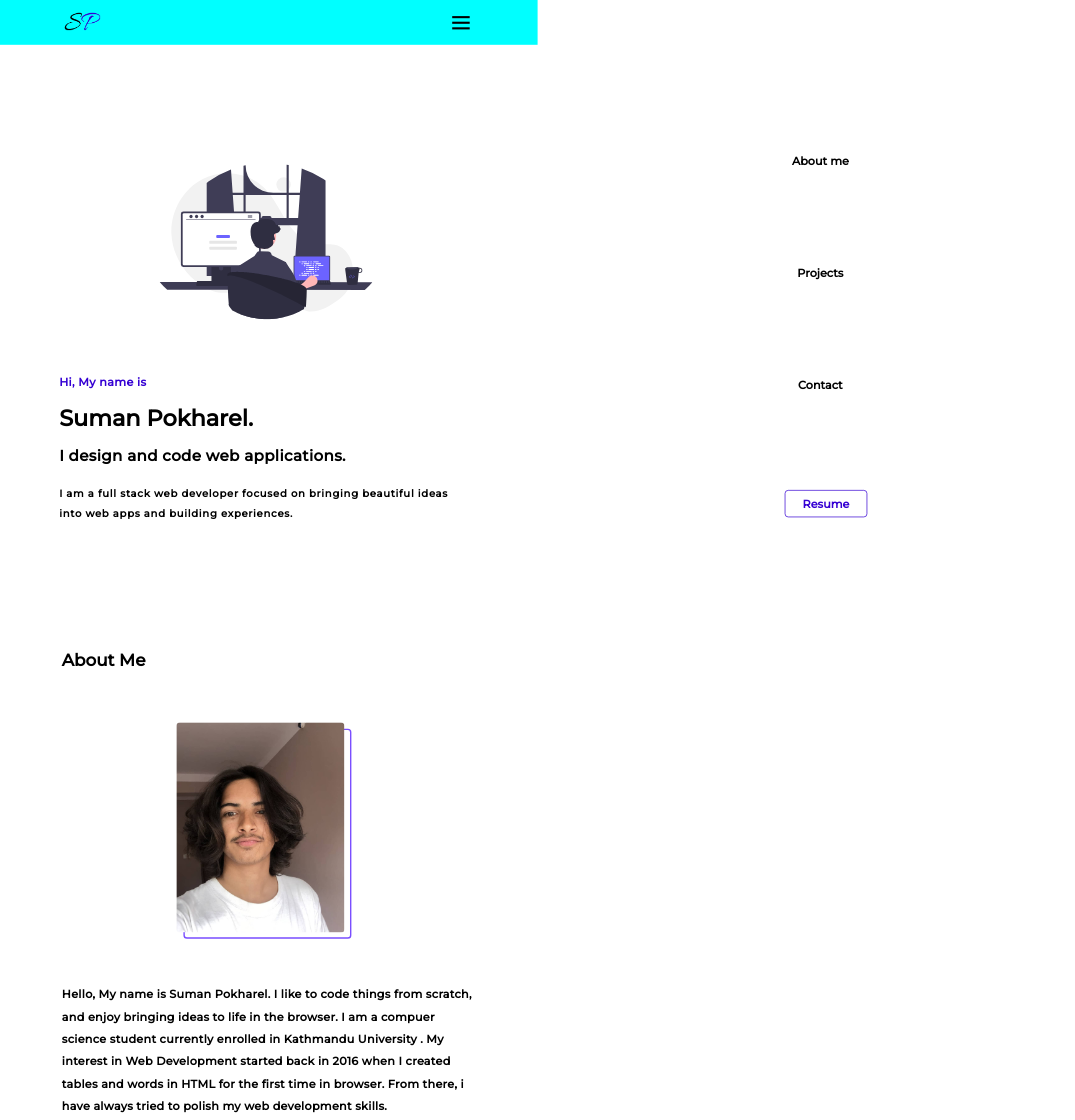
Repository: iamsumanp/portfolio
Page: /
The author's editor kept a copy of each file at every save. The page is drawn from the files as they stood at one save, then again after the next save.
The browser window is 768 px wide. The page is 1536 px wide, so the pictures cover 1536 px, including what lies to the right of the window. The pictures show the part of the page from y = 0 to 1600 px (the page is 5937 px tall), at 70% of full size.
The project was rebuilt for these pictures with package versions that can differ from the ones it lists, and the page was loaded fresh each time.

Above is the page before, as saved 2022-07-11 16:04:41.

### public/index.html
<!DOCTYPE html>
<html lang="en">
  <head>
    <meta charset="utf-8" />
    <link rel="icon" href="%PUBLIC_URL%/favicon.ico" />
    <meta name="viewport" content="width=device-width, minimum-scale=1" />
    <meta name="theme-color" content="#000000" />
    <meta name="portfolio" content="mePortfolio" />
    <!-- <link rel="apple-touch-ion" href="%PUBLIC_URL%/logo192.png" /> -->

    <link rel="manifest" href="%PUBLIC_URL%/manifest.json" />
    <link rel="preconnect" href="https://fonts.googleapis.com" />
    <link rel="preconnect" href="https://fonts.gstatic.com" crossorigin />
    <link
      href="https://fonts.googleapis.com/css2?family=Montserrat:wght@500&display=swap"
      rel="stylesheet"
    />
    <title>Suman Pokharel</title>
  </head>
  <body>
    <div id="root"></div>
  </body>
</html>

### src/App.tsx
import "./App.css";
import { BrowserRouter as Router } from "react-router-dom";
import { NavBar } from "./Components/NavBar";
import "./styles/styles.css";
import { Hero } from "./Components/Hero";
import { AboutMe } from "./Components/AboutMe";
import { Projects } from "./Components/Projects";
import { Contact } from "./Components/Contact";
import { Footer } from "./Components/Footer";

function App() {
  return (
    <Router>
      <NavBar />
      <Hero />
      <AboutMe />
      <Projects />
      <Contact />
      <hr />
      <Footer />
    </Router>
  );
}

export default App;

### src/Components/NavBar.tsx
import { gsap } from "gsap";
import React, { useEffect, useRef, useState } from "react";
import { HashLink } from "react-router-hash-link";
const myLogo = require("../assets/logo.png");

export const NavBar = () => {
  const [active, setActive] = useState(false);

  const navRef = useRef<HTMLDivElement>(null);

  const q = gsap.utils.selector(navRef);

  const tl0: gsap.TimelineVars | undefined = useRef(null); // gsap.TimelineVars | undefined
  // const tl10: gsap.TimelineVars | undefined = useRef(null); // gsap.TimelineVars | undefined

  // const imgRef = useRef(null);

  const burgerClick = () => {
    setActive(!active);
  };

  useEffect(() => {
    // if (active === false) {
    //   tl10.current = gsap.timeline({ defaults: { duration: 1 } }).fromTo(
    //     q(".navUl"),
    //     {
    //       y: 5,
    //       opacity: 0,
    //     },
    //     {
    //       y: 0,
    //       opacity: 1,
    //       stagger: {
    //         each: 1,
    //       },
    //     }
    //   );
    // }

    tl0.current = gsap.timeline({ defaults: { duration: 1 } }).fromTo(
      q(".logoImg"),
      {
        opacity: 0,
      },
      {
        opacity: 1,
      }
    );
  });

  return (
    <nav className="navBar" ref={navRef}>
      <HashLink to="#heroSection" className="linkHash" smooth>
        <img
          src={myLogo}
          alt="SP"
          className="logoImg"
          onClick={active ? burgerClick : undefined}
          // ref={imgRef}
        />
      </HashLink>

      <ul className={active ? "navUl nav-active" : "navUl"}>
        <li className="navLinks" onClick={active ? burgerClick : undefined}>
          <HashLink to="#aboutMe" className="linkHash" smooth>
            About me
          </HashLink>
        </li>
        <li className="navLinks" onClick={active ? burgerClick : undefined}>
          <HashLink to="#projectSection" className="linkHash" smooth>
            Projects
          </HashLink>
        </li>
        <li className="navLinks" onClick={active ? burgerClick : undefined}>
          <HashLink to="#contact" className="linkHash" smooth>
            Contact
          </HashLink>
        </li>
        <li className="navLinks resume">Resume</li>
      </ul>
      <div className="burgerMenu" onClick={() => burgerClick()}>
        <div className={active ? "line1 toggle" : "line1"}></div>
        <div className={active ? "line2 toggle2" : "line2"}></div>
        <div className={active ? "line3 toggle3" : "line3"}></div>
      </div>
    </nav>
  );
};

### src/styles/styles.css
:root {
  --main-purple: #3500d3;
  --main-white: rgb(255, 255, 255);
  --main-black: #000000;
  --main-purple-secondary: #7a4eff;
}

* {
  box-sizing: border-box;
  font-family: "Montserrat", sans-serif;
}

body {
  margin: 0;
  padding: 0;
}
@media (max-width: 900px) {
  body {
    overflow-x: hidden;
  }
}

.navBar {
  display: flex;
  flex-direction: row;
  justify-content: space-between;
  align-items: center;
  min-height: 4rem;
  font-weight: bolder;
  padding: 0.2% 12.5%;
  background-color: aqua;
}
@media (max-width: 1100px) {
  .navBar {
    margin-bottom: 5rem;
    overflow-x: hidden;
    padding: 0.2% 12%;
  }
}
.navBar .logoImg {
  height: 25px;
}
.navBar .navUl {
  list-style: none;
  display: flex;
  flex-direction: row;
}
@media (max-width: 900px) {
  .navBar .navUl {
    position: absolute;
    right: 0;
    top: 8vh;
    height: 100vh;
    background-color: var(--main-white);
    flex-direction: column;
    width: 100%;
    z-index: 1;
    justify-content: space-evenly;
    transform: translateX(100%);
    transition: transform 0.4s ease-in;
  }
}
.navBar .nav-active {
  transform: translateX(0%);
}
.navBar .burgerMenu {
  display: none;
}
@media (max-width: 900px) {
  .navBar .burgerMenu {
    display: block;
    cursor: pointer;
  }
}
.navBar .burgerMenu .toggle {
  transform: rotate(-45deg) translate(-5px, 6px);
}
.navBar .burgerMenu .toggle2 {
  opacity: 0;
}
.navBar .burgerMenu .toggle3 {
  transform: rotate(45deg) translate(-5px, -6px);
}
.navBar .burgerMenu div {
  width: 25px;
  height: 3px;
  background-color: var(--main-black);
  transition: transform 0.4s ease;
  margin: 5px;
}
.navBar .navLinks {
  padding: 0 30px;
  cursor: pointer;
  align-self: center;
  text-decoration: none;
}
.navBar .navLinks.resume {
  border: solid 1px var(--main-purple);
  color: var(--main-purple);
  padding: 9px 25px;
  border-radius: 5px;
  margin-left: 1rem;
}
.navBar .navLinks .linkHash {
  text-decoration: none;
  color: black;
}

.heroSection,
.aboutMeSection,
.projectsSection,
.ContactSection {
  width: 80%;
  margin: auto;
}

.heroSection {
  overflow-x: hidden;
  height: 90vh;
  display: flex;
  flex-direction: row;
  align-items: center;
  padding: 0 2% 0 5%;
}
@media (max-width: 1100px) {
  .heroSection {
    flex-direction: column-reverse;
    justify-content: center;
    align-items: center;
    padding: 0 2% 0 1%;
  }
}
.heroSection .content {
  display: flex;
  flex-direction: column;
}
@media (max-width: 1100px) {
  .heroSection .content {
    margin-top: 5rem;
  }
}
.heroSection .content .h4text {
  color: var(--main-purple);
}
.heroSection .content .h1text {
  margin-top: 0;
  font-size: 2.5rem;
}
@media (max-width: 800px) {
  .heroSection .content .h1text {
    font-size: 2rem;
  }
}
.heroSection .content .h4text,
.heroSection .content .h2text {
  letter-spacing: 0.5px;
  margin-top: 0;
}
.heroSection .content .h2text {
  font-size: 1.8rem;
}
@media (max-width: 800px) {
  .heroSection .content .h2text {
    font-size: 1.35rem;
  }
}
.heroSection .content .h5text {
  width: 55%;
  line-height: 2;
  letter-spacing: 1px;
  margin-top: 10px;
  font-size: 0.9rem;
}
@media (max-width: 800px) {
  .heroSection .content .h5text {
    width: 100%;
  }
}
.heroSection .svgImgg {
  margin-left: auto;
  width: 22rem;
}
@media (max-width: 1100px) {
  .heroSection .svgImgg {
    margin-left: 0;
  }
}
@media (max-width: 800px) {
  .heroSection .svgImgg {
    width: 19rem;
  }
}

.aboutMeSection {
  display: flex;
  flex-direction: column;
  justify-content: center;
  padding: 7% 2% 10% 5%;
}
@media (max-width: 1100px) {
  .aboutMeSection {
    padding: 7rem 2% 10% 1.5%;
  }
}
.aboutMeSection .contentAndImage {
  display: flex;
  flex-direction: row;
}
@media (max-width: 1100px) {
  .aboutMeSection .contentAndImage {
    flex-direction: column-reverse;
    margin-top: 2rem;
  }
}
.aboutMeSection .h2textabout {
  margin-top: -3rem;
}
.aboutMeSection .aboutMeContent {
  display: flex;
  flex-direction: column;
  width: 60%;
}
@media (max-width: 1100px) {
  .aboutMeSection .aboutMeContent {
    width: 100%;
  }
}
.aboutMeSection .imgContainer {
  margin-left: auto;
  margin-top: 2rem;
  position: relative;
  height: 350px;
  width: 280px;
  border: solid 2px var(--main-purple-secondary);
  border-radius: 5px;
}
@media (max-width: 1100px) {
  .aboutMeSection .imgContainer {
    margin-left: 0;
    align-self: center;
    margin-bottom: 2rem;
  }
}
@media (max-width: 800px) {
  .aboutMeSection .imgContainer {
    height: 300px;
    width: 240px;
  }
}
.aboutMeSection .imgContainer .imgProfile {
  height: 350px;
  position: absolute;
  right: 8px;
  top: -11px;
  border-radius: 5px;
}
@media (max-width: 800px) {
  .aboutMeSection .imgContainer .imgProfile {
    height: 300px;
  }
}
.aboutMeSection .spanText {
  font-weight: bold;
  margin-top: 2rem;
  line-height: 2;
  letter-spacing: 0.4px;
}
.aboutMeSection .spanText.tech {
  margin-top: 5rem;
}
.aboutMeSection .backEndFrontEndContainer {
  display: flex;
  flex-direction: row;
  margin-top: 4rem;
  justify-content: space-between;
}
@media (max-width: 1100px) {
  .aboutMeSection .backEndFrontEndContainer {
    flex-direction: column;
  }
}
.aboutMeSection .backEndFrontEndContainer .frontEndBox {
  box-shadow: 0 4px 8px 0 rgba(0, 0, 0, 0.2), 0 6px 20px 0 rgba(0, 0, 0, 0.19);
  padding: 2rem 2.5rem;
  display: flex;
  flex-direction: column;
  border-radius: 5px;
}
@media (max-width: 1100px) {
  .aboutMeSection .backEndFrontEndContainer .frontEndBox {
    padding: 1rem;
    margin-bottom: 3rem;
  }
}
.aboutMeSection .backEndFrontEndContainer .frontEndBox .spanTitle {
  align-self: center;
  text-transform: uppercase;
  font-weight: bold;
}

.frontEndTools,
.backEndBox {
  display: flex;
  flex-direction: row;
  margin-top: 1rem;
}
.frontEndTools .fnTools2,
.backEndBox .fnTools2 {
  margin-left: 3rem;
}
@media (max-width: 900px) {
  .frontEndTools .fnTools2,
.backEndBox .fnTools2 {
    margin-left: 0.1rem;
  }
}
.frontEndTools .fnTool,
.backEndBox .fnTool {
  display: flex;
  align-items: center;
  margin: 1.5rem 0.5rem;
}
.frontEndTools .fnTool .triangleRight,
.backEndBox .fnTool .triangleRight {
  color: var(--main-purple);
}

.techName {
  margin-left: 0.8rem;
  text-transform: uppercase;
  font-size: 15px;
}
@media (max-width: 900px) {
  .techName {
    font-size: 11px;
    margin-left: 0.2rem;
  }
}

.projectsSection {
  padding: 5% 2% 0 5%;
  display: flex;
  flex-direction: column;
}
@media (max-width: 1100px) {
  .projectsSection {
    padding: 7rem 2% 10% 1.5%;
  }
}
.projectsSection .Project1Container,
.projectsSection .Project3Container {
  display: flex;
  flex-direction: column;
}
.projectsSection .nameLabelLine {
  margin: 2rem 0;
  display: flex;
  flex-direction: row;
  align-items: center;
}
.projectsSection .nameLabelLine .vl {
  border-bottom: 1px solid gray;
  margin-top: 5px;
  height: inherit;
  width: 35%;
}
@media (max-width: 1100px) {
  .projectsSection .nameLabelLine .vl {
    width: 50%;
  }
}
.projectsSection .h2textabout {
  margin-top: -3rem;
}
.projectsSection .projectContentAndImage {
  display: flex;
  flex-direction: row;
  justify-content: space-between;
}
@media (max-width: 1100px) {
  .projectsSection .projectContentAndImage {
    flex-direction: column-reverse;
  }
}
.projectsSection .projectContentAndImage .hirestationImg {
  height: 15rem;
  border-radius: 5px;
  margin-left: auto;
}
@media (max-width: 1100px) {
  .projectsSection .projectContentAndImage .hirestationImg {
    margin-left: 0;
    align-self: center;
    margin: 2rem 0 4rem 0;
  }
}
@media (max-width: 800px) {
  .projectsSection .projectContentAndImage .hirestationImg {
    height: 10rem;
  }
}
.projectsSection .linksContainer {
  display: flex;
  align-items: center;
  margin: 2rem 0;
}

.projContent {
  width: 50%;
  line-height: 1.5;
  letter-spacing: 0.5px;
}
@media (max-width: 1100px) {
  .projContent {
    width: 100%;
  }
}

.projectLabel {
  font-weight: bold;
  margin-right: 1rem;
}

.Project2Container {
  display: flex;
  flex-direction: column;
  margin-top: 5rem;
  margin-bottom: 7.5rem;
}
.Project2Container .nameLabelLine2 {
  margin: 2rem 0;
  display: flex;
  flex-direction: row;
  justify-content: end;
}
.Project2Container .nameLabelLine2 .vl {
  border-bottom: 1px solid gray;
  margin-bottom: 5px;
  width: 35%;
  margin-right: 1rem;
}
@media (max-width: 1100px) {
  .Project2Container .nameLabelLine2 .vl {
    width: 50%;
  }
}
@media (max-width: 800px) {
  .Project2Container .nameLabelLine2 .vl {
    width: 40%;
  }
}

.projectContentAndImage1 {
  display: flex;
  flex-direction: row;
  justify-content: space-between;
}
@media (max-width: 1100px) {
  .projectContentAndImage1 {
    flex-direction: column;
  }
}
.projectContentAndImage1 .baathcheethImg {
  height: 15rem;
  border-radius: 5px;
  margin-right: auto;
  padding-right: 2rem;
}
@media (max-width: 1100px) {
  .projectContentAndImage1 .baathcheethImg {
    margin-right: 0;
    align-self: center;
    margin: 2rem 0 4rem 0;
  }
}
@media (max-width: 800px) {
  .projectContentAndImage1 .baathcheethImg {
    height: 10rem;
  }
}

.ContactSection {
  padding: 5% 2% 10% 5%;
  display: flex;
  flex-direction: column;
}
@media (max-width: 1100px) {
  .ContactSection {
    padding: 5rem 2% 10% 1.5%;
  }
}
.ContactSection .formContainer {
  margin-top: 2rem;
}
.ContactSection .nameAndEmailSection {
  display: flex;
  flex-direction: row;
  justify-content: space-between;
}
@media (max-width: 900px) {
  .ContactSection .nameAndEmailSection {
    flex-direction: column;
    width: 100%;
  }
}
.ContactSection .nameAndEmailSection .nameContainer {
  display: flex;
  flex-direction: column;
  width: 90%;
}
@media (max-width: 900px) {
  .ContactSection .nameAndEmailSection .nameContainer {
    width: 100%;
  }
}
.ContactSection .nameAndEmailSection .emailContainer {
  display: flex;
  flex-direction: column;
  width: 90%;
  margin-left: 5rem;
}
@media (max-width: 900px) {
  .ContactSection .nameAndEmailSection .emailContainer {
    margin-left: 0;
    margin-top: 3rem;
    width: 100%;
  }
}
.ContactSection .nameAndEmailSection .inputForm {
  box-shadow: 0 4px 8px 0 rgba(0, 0, 0, 0.2), 0 6px 20px 0 rgba(0, 0, 0, 0.19);
  padding: 0.6rem 0.4rem;
  width: 100%;
  border-width: 1px;
  outline: none;
}
.ContactSection .label {
  margin-bottom: 2rem;
  font-weight: bold;
}
.ContactSection .MessageContainer {
  display: flex;
  flex-direction: column;
  margin-top: 4rem;
}
.ContactSection .MessageContainer #messageArea {
  width: 46.5%;
  box-shadow: 0 4px 8px 0 rgba(0, 0, 0, 0.2), 0 6px 20px 0 rgba(0, 0, 0, 0.19);
  height: 7rem;
  resize: none;
  outline: none;
  padding: 0.5rem 0.4rem;
}
@media (max-width: 900px) {
  .ContactSection .MessageContainer #messageArea {
    width: 100%;
  }
}
.ContactSection .submitBtn {
  background-color: var(--main-purple-secondary);
  border: none;
  color: var(--main-white);
  padding: 0.8rem;
  margin-top: 4rem;
  width: 10rem;
  border-radius: 3px;
  cursor: pointer;
}
@media (max-width: 900px) {
  .ContactSection .submitBtn {
    width: 100%;
  }
}

.footerSection {
  width: 80%;
  margin: auto;
  padding: 3% 2% 4% 1.5%;
}
.footerSection .footerContainer {
  display: flex;
  flex-direction: column;
}
@media (max-width: 900px) {
  .footerSection .footerContainer {
    align-items: center;
  }
}
.footerSection .socialMediaAndQuote {
  display: flex;
  justify-content: space-between;
  align-items: center;
  margin-bottom: 1rem;
}
@media (max-width: 900px) {
  .footerSection .socialMediaAndQuote {
    flex-direction: column;
  }
}
.footerSection .socialMediaAndQuote .icons {
  margin-left: 1rem;
}
@media (max-width: 900px) {
  .footerSection .socialMediaAndQuote .socialMedia {
    margin: 2rem 0;
  }
}

@media (max-width: 800px) {
  .spSpan {
    text-align: center;
  }
}/*# sourceMappingURL=styles_20220711160441.css.map */

### src/Components/Hero.tsx
import gsap from "gsap";
import { useEffect, useRef } from "react";
import SvgImg from "./IconComponent/SvgImg";

export const Hero = () => {
  const heroRef = useRef<HTMLDivElement>(null);
  const tl1: gsap.TimelineVars | undefined = useRef();
  const q = gsap.utils.selector(heroRef);
  useEffect(() => {
    tl1.current = gsap
      .timeline({
        defaults: {
          duration: 1,
        },
      })
      .fromTo(
        q(".content"),
        {
          y: 20,
          opacity: 0,
          // stagger: 0.4,
        },
        {
          y: 0,
          opacity: 1,
        }
      )
      .fromTo(
        q(".svgImgg"),
        { x: 20, opacity: 0 },
        { x: 0, opacity: 1 },
        "-=1"
      );
  });
  return (
    <div className="heroSection" id="heroSection" ref={heroRef}>
      <div className="content">
        <h4 className="h4text">Hi, My name is</h4>
        <h1 className="h1text">Suman Pokharel.</h1>
        <h2 className="h2text">I design and code web applications.</h2>
        <h5 className="h5text">
          I am a full stack web developer focused on bringing beautiful ideas
          into web apps and building experiences.
        </h5>
      </div>
      {/* <div className="svgImgg"> */}
      <SvgImg height={221} className="svgImgg" />
      {/* </div> */}
    </div>
  );
};

### src/Components/Contact.tsx
import gsap from "gsap";
import { ScrollTrigger } from "gsap/ScrollTrigger";
import { useEffect, useRef, useState } from "react";
gsap.registerPlugin(ScrollTrigger);

export const Contact = () => {
  const contactRef = useRef<HTMLDivElement>(null);
  const tline: gsap.TimelineVars | undefined = useRef();

  const q = gsap.utils.selector(contactRef);
  const [name, setName] = useState("");
  const [email, setEmail] = useState("");
  const [message, setMessage] = useState("");

  const submitHandler: React.FormEventHandler<HTMLFormElement> = (
    e: React.FormEvent<HTMLFormElement>
  ) => {
    e.preventDefault();

    setName("");
    setEmail("");
    setMessage("");
  };

  useEffect(() => {
    tline.current = gsap
      .timeline({
        defaults: { duration: 1 },
        scrollTrigger: {
          trigger: ".ContactSection",
          start: "-40 center",
          // toggleActions: "play none none reverse",
        },
      })
      .fromTo(
        q(".h2textabout"),
        { y: 10, opacity: 0 },
        {
          y: 0,
          opacity: 1,
          // duration: 2,
        }
      )
      .fromTo(
        q(".formContainer"),
        { y: 20, opacity: 0 },
        {
          y: 0,
          opacity: 1,
          // duration: 2,
        },
        "-=1"
      );
  });
  return (
    <div className="ContactSection" id="contact" ref={contactRef}>
      <h2 className="h2textabout">Interested In working together?</h2>
      <form className="formContainer" onSubmit={submitHandler}>
        <div className="nameAndEmailSection">
          <div className="nameContainer">
            <label htmlFor="Name" className="label">
              Name :
            </label>
            <input
              type="text"
              value={name}
              className="inputForm"
              onChange={(e) => setName(e.target.value)}
            />
          </div>
          <div className="emailContainer">
            <label htmlFor="Email" className="label">
              Email :
            </label>
            <input
              type="email"
              value={email}
              className="inputForm"
              onChange={(e) => setEmail(e.target.value)}
            />
          </div>
        </div>
        <div className="MessageContainer">
          <label htmlFor="Message" className="label">
            Message(optional) :
          </label>
          <textarea
            name="message"
            id="messageArea"
            // cols=30
            // rows=10
            value={message}
            onChange={(e) => setMessage(e.target.value)}
          ></textarea>
        </div>
        <button className="submitBtn" type="submit">
          SUBMIT
        </button>
      </form>
    </div>
  );
};

### src/Components/Footer.tsx
import React from "react";
import { AiFillGithub, AiFillTwitterCircle } from "react-icons/ai";
import { BsLinkedin, BsFacebook } from "react-icons/bs";

export const Footer = () => {
  return (
    <div className="footerSection">
      <div className="footerContainer">
        <div className="socialMediaAndQuote">
          <span>Designed And Built By Suman Pokhrel</span>
          <div className="socialMedia">
            <a
              href="https://www.linkedin.com/in/suman-pokharel-2a4b61206/"
              target="_blank"
              rel="noreferrer"
            >
              <BsLinkedin size={30} className="icons" fill="#2867B2" />
            </a>

            <a
              href="https://www.facebook.com/summan.pokharel/"
              target="_blank"
              rel="noreferrer"
            >
              <BsFacebook size={30} className="icons" fill="	#4267B2" />
            </a>
            <a
              href="https://github.com/iamsumanp"
              target="_blank"
              rel="noreferrer"
              style={{ color: "black" }}
            >
              <AiFillGithub size={34} className="icons" />
            </a>
            <a
              href="https://twitter.com/Itsmesuman2"
              target="_blank"
              rel="noreferrer"
            >
              <AiFillTwitterCircle size={35} className="icons" fill="#00acee" />
            </a>
          </div>
        </div>
        <span className="spSpan">&copy; 2022 - Suman</span>
      </div>
    </div>
  );
};

Loaded but not shown: src/index.tsx (common file); src/Components/IconComponent/SvgImg.tsx (791 lines, source omitted); src/Components/Projects.tsx (280 lines, source omitted); src/Components/AboutMe.tsx (185 lines, source omitted); src/App.css (no stored copy; drawn as an empty file)

After the next save:
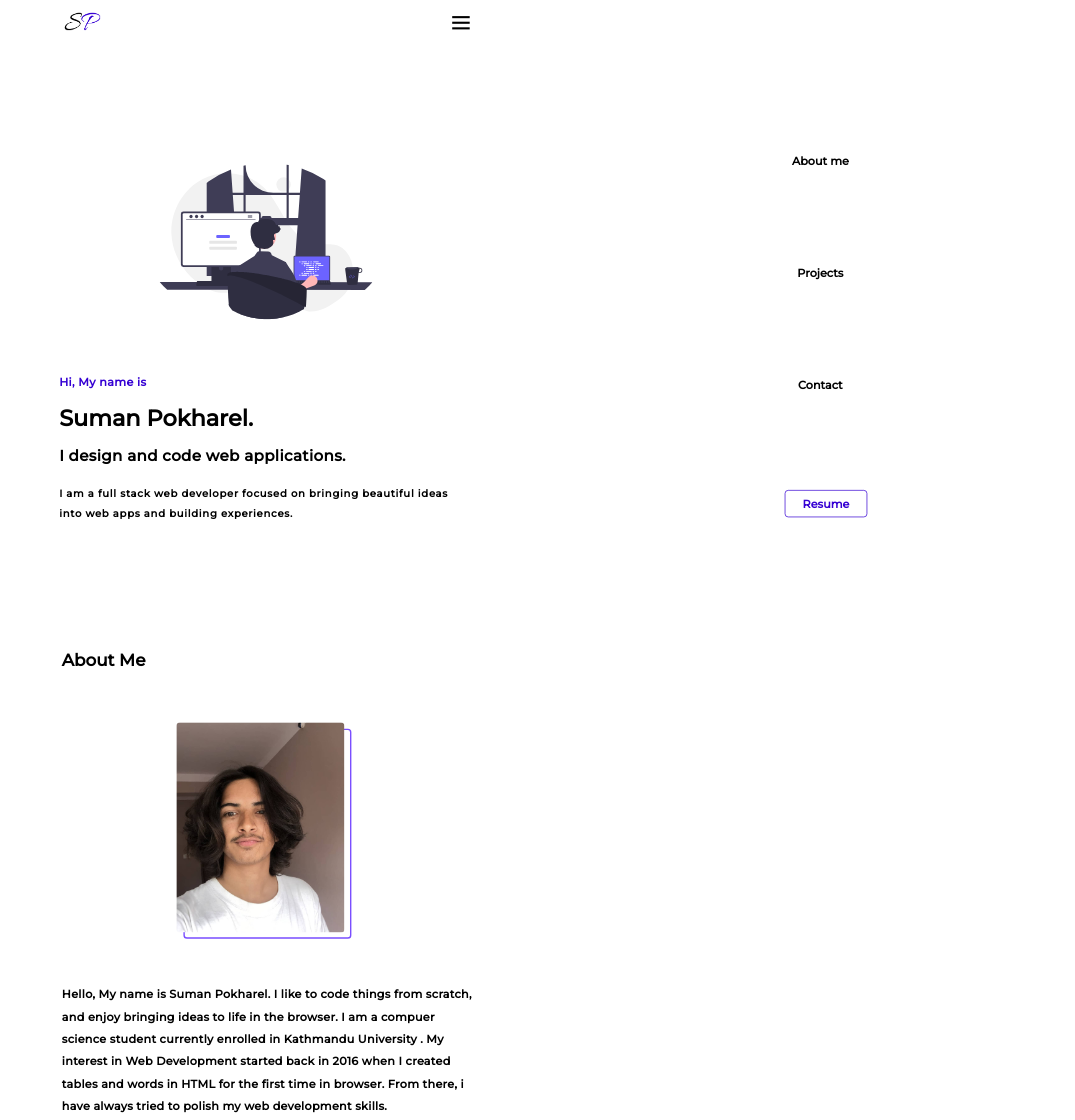
Saved 11 s later.
--- a/src/styles/styles.css
+++ b/src/styles/styles.css
@@ -28,7 +28,7 @@ body {
   min-height: 4rem;
   font-weight: bolder;
   padding: 0.2% 12.5%;
-  background-color: aqua;
+  background-color: var(--main-white);
 }
 @media (max-width: 1100px) {
   .navBar {
@@ -609,4 +609,4 @@ body {
   .spSpan {
     text-align: center;
   }
-}/*# sourceMappingURL=styles_20220711160441.css.map */
+}/*# sourceMappingURL=styles_20220711160452.css.map */
